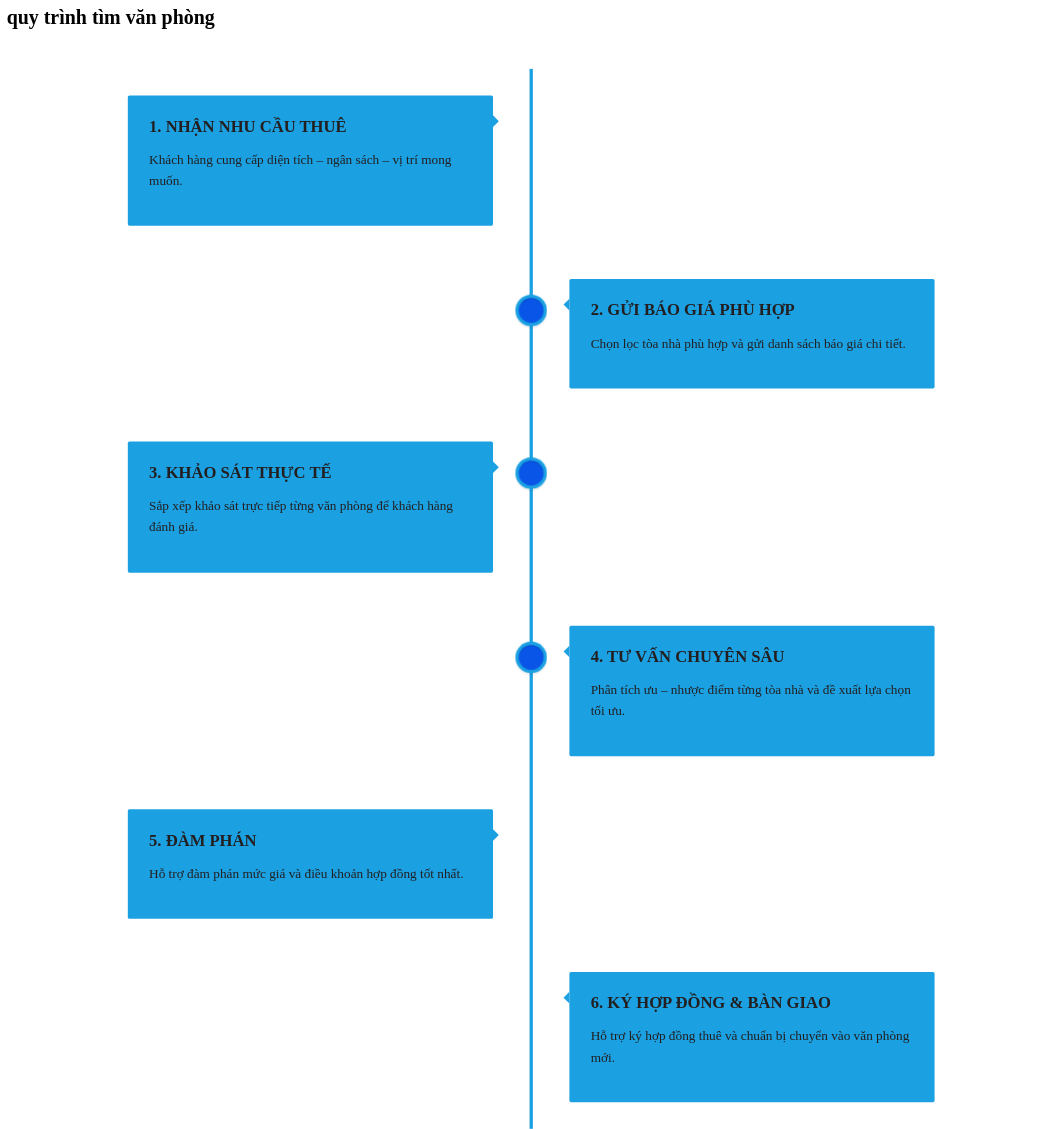
Repository: lannguyen1301/anphuholdings-main
Page: partials/home/quy-trinh-tim-van-phong-2.html
These files come from the project's save history. The page is drawn as it stood at one moment and after the next save; the edit follows.
The browser window is 1280 px wide. The pictures show the whole page, at 83% of full size.

Above is the page before, as saved 2026-01-03 09:15:03.

After the next save:
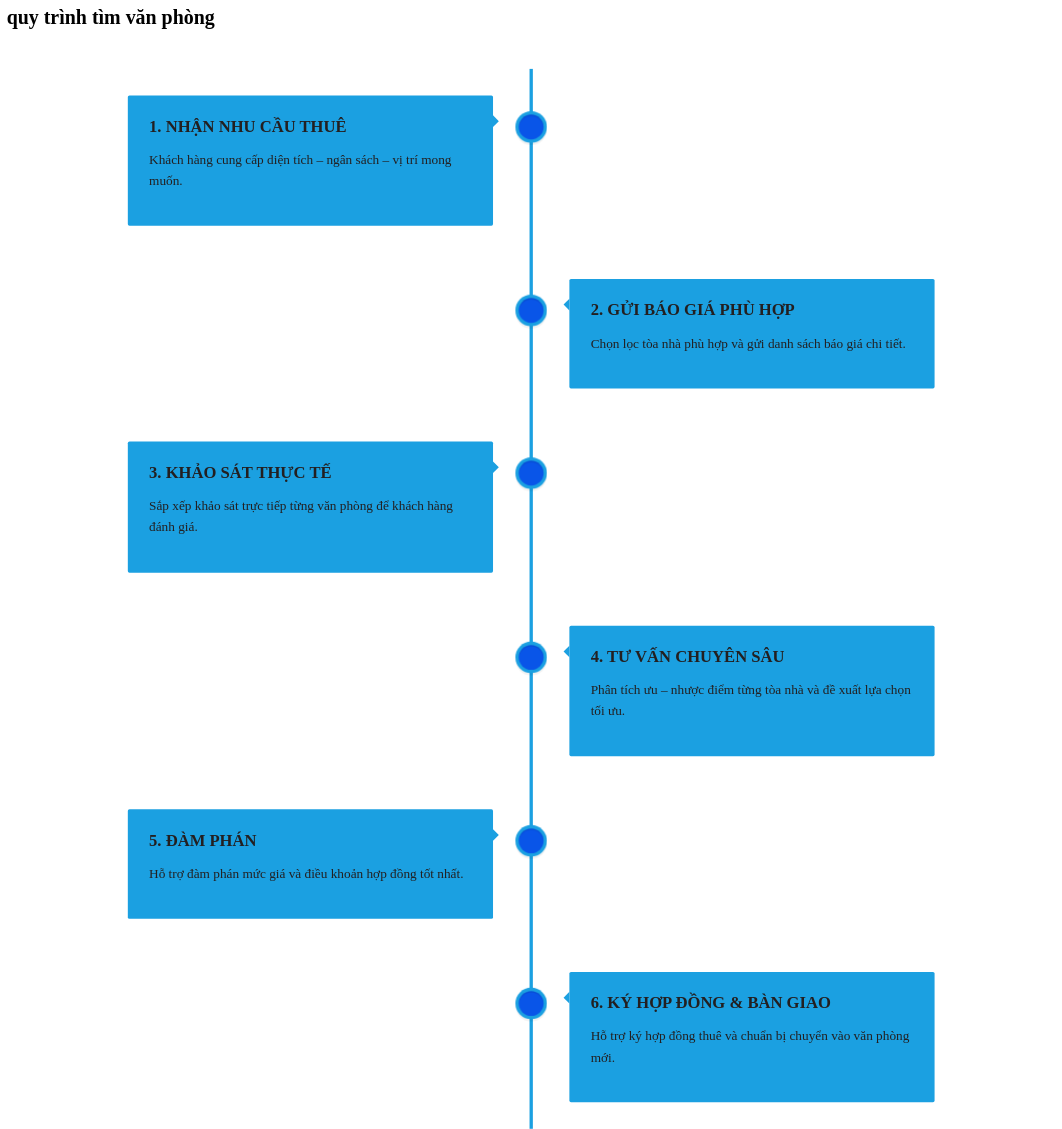
Saved 2 min 12 s later.
--- a/partials/home/quy-trinh-tim-van-phong-2.html
+++ b/partials/home/quy-trinh-tim-van-phong-2.html
@@ -294,6 +294,9 @@ Main components
 
 <div id="cd-timeline" class="cd-container">
     <div data-aos="fade-up" data-aos-delay="300" class="cd-timeline-block">
+        <div class="cd-timeline-img cd-movie">
+        </div> <!-- cd-timeline-img -->
+
         <div class="cd-timeline-content">
             <h3 class="">1. Nhận nhu cầu thuê</h3>
             <p class="">Khách hàng cung cấp diện tích – ngân sách – vị trí mong muốn.</p>
@@ -335,6 +338,9 @@ Main components
     </div> <!-- cd-timeline-block -->
 
     <div data-aos="fade-up" data-aos-delay="300" class="cd-timeline-block">
+        <div class="cd-timeline-img cd-movie">
+        </div> <!-- cd-timeline-img -->
+
         <div class="cd-timeline-content">
             <h3 class="">5. Đàm phán</h3>
             <p class="">Hỗ trợ đàm phán mức giá và điều khoản hợp đồng tốt nhất.</p>
@@ -343,6 +349,9 @@ Main components
     </div> <!-- cd-timeline-block -->
 
     <div data-aos="fade-up" data-aos-delay="300" class="cd-timeline-block">
+        <div class="cd-timeline-img cd-movie">
+        </div> <!-- cd-timeline-img -->
+
         <div class="cd-timeline-content">
             <h3 class="">6. Ký hợp đồng & bàn giao</h3>
             <p class="">Hỗ trợ ký hợp đồng thuê và chuẩn bị chuyển vào văn phòng mới.</p>
